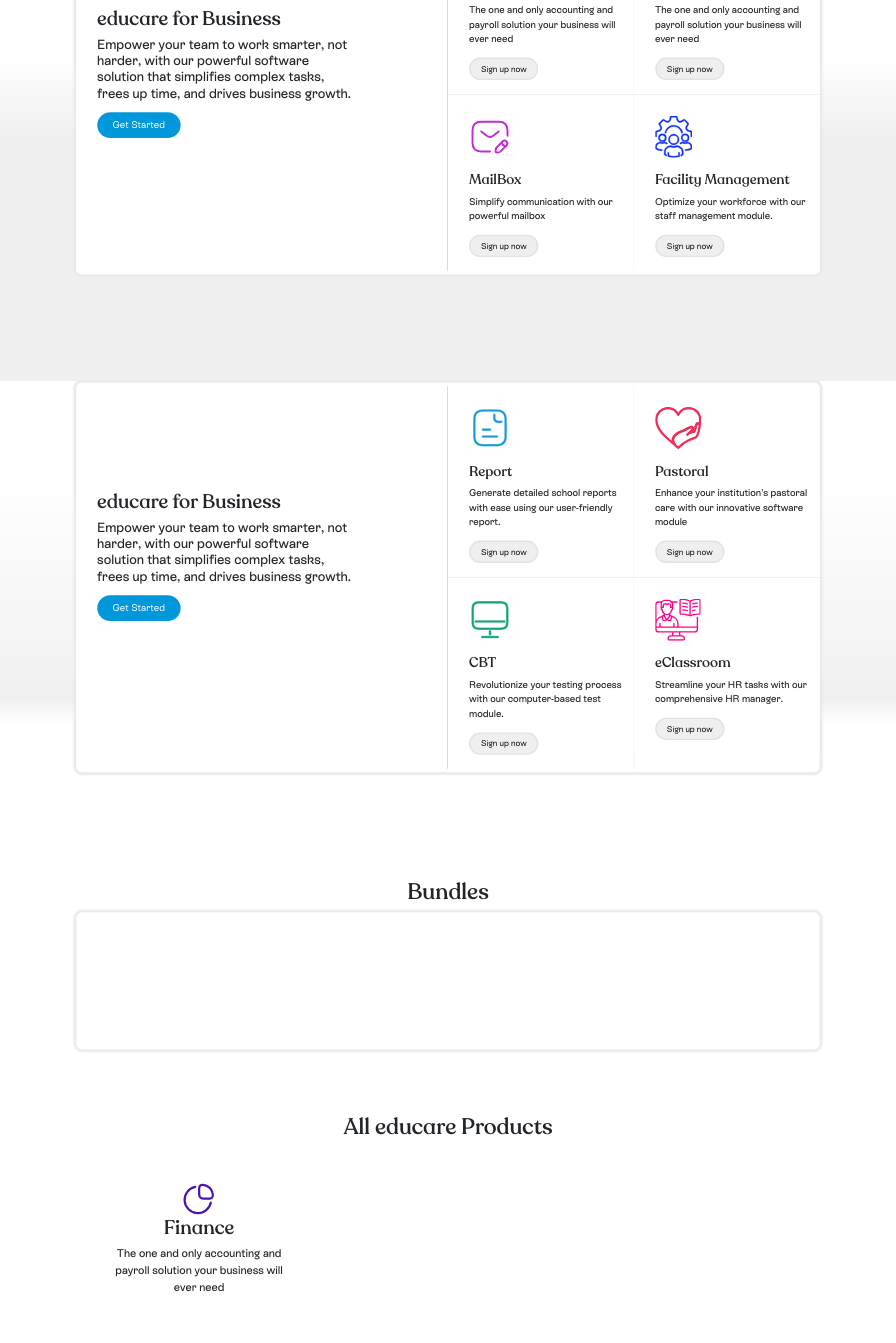
Repository: sarahnnanyelugo/educare-web
Page: /
The author's editor kept a copy of each file at every save. The page is drawn from the files as they stood at one save, then again after the next save.
The browser window is 1280 px wide. The pictures show the part of the page from y = 1345 to 3265 px (the page is 3263 px tall before and 3265 px after), at 70% of full size.
The project was rebuilt for these pictures with package versions that can differ from the ones it lists, and the page was loaded fresh each time.

Above is the page before, as saved 2023-04-05 10:14:49.

### src/App.jsx
import React from "react";
import logo from "./logo.svg";
import "./App.scss";
import "bootstrap/dist/css/bootstrap.min.css";
import { BrowserRouter, Routes, Route, Link, Outlet } from "react-router-dom";
import NavBar from "./components/NavBar/NavBar";
import { Home } from "./pages/Home/Home";

function App() {
  return (
    <>
      {" "}
      <NavBar />
      <Routes>
        <Route path="/" element={<Home />} />
      </Routes>
    </>
  );
}

export default App;

### src/App.scss
@font-face {
  font-family: rebondG;
  src: url(./assets/fonts/Rebond_font/RebondG.otf);
}
@font-face {
  font-family: rebondG-Bold;
  src: url(./assets/fonts/Rebond_font/RebondG-Bold.otf);
}
@font-face {
  font-family: rebondG-Medium;
  src: url(./assets/fonts/Rebond_font/RebondGrotesqueMedium.otf);
}

@font-face {
  font-family: recoMedium;
  src: url(./assets/fonts/Recoleto-font/RecoletaAlt-Medium.ttf);
}

h1,
h2,
h3,
h4,
h5,
h6 {
  font-family: recoMedium;
}
p {
  font-family: rebondG-Medium;
}
@media screen and (min-width: 620px) {
  .flexy {
    display: flex;
  }
}

### src/components/NavBar/NavBar.tsx
import React from "react";
import Logo from "../../assets/images/educare-logo.png";
import { Link, NavLink } from "react-router-dom";
import "./_navbar.scss";

function NavBar() {
  return (
    <div className="navbar-container">
      <div className="logo-holder  ">
        {" "}
        <Link to={"/"}>
          {" "}
          <img className="   logo" src={Logo} alt="Scholar" />
        </Link>
      </div>
      <ul className=" list-inline list-unstyled nav-links-container">
        <li className="list-inline-item">
          <NavLink to={""} className="nav-links">
            Solutions{" "}
            <span>
              <i className="icofont-curved-down"></i>
            </span>
          </NavLink>
        </li>{" "}
        <li className="list-inline-item">
          <NavLink to={""} className="nav-links">
            Resources
          </NavLink>
        </li>{" "}
        <li className="list-inline-item">
          <NavLink to={""} className="nav-links">
            Pricing
          </NavLink>
        </li>{" "}
        <li className="list-inline-item">
          <NavLink to={""} className="nav-links">
            Support
          </NavLink>
        </li>
      </ul>
      <div className="nav-buttons">
        <button className="sign-in-button">Log in</button>
        <button className="get-started-button">Get Started</button>
      </div>
    </div>
  );
}

export default NavBar;

### src/pages/Home/Home.tsx
import React from "react";
import { RandomComponent } from "./RandomComponent/RandomComponent";
import "./_home.scss";
import RedIcon from "../../assets/images/red-dots.svg";
import BlueIcon from "../../assets/images/blue-dots.svg";
import YellowIcon from "../../assets/images/yellow-dots.svg";
import HalfCircle from "../../assets/images/half-circle.svg";
import People from "../../assets/images/people.svg";
import Mail from "../../assets/images/edit.svg";
import People2 from "../../assets/images/people2.svg";
import Pastoral from "../../assets/images/pastoral.svg";
import Chart from "../../assets/images/chart.svg";
import Screen from "../../assets/images/screen.svg";
import Classroom from "../../assets/images/read-book.svg";
import Features from "./Features/Features";
import EducareProducts from "./EducareProducts/EducareProducts";

export const Home = () => {
  return (
    <>
      <div className="col-md-12 modern-solutions-container">
        <center>
          <div className="col-md-6">
            <h1>Modern solution for your Business</h1>
            <p>
              Unlock Your Business’s Potential with Cutting-Edge Software
              Solutions Designed to Streamline Operations, Optimize Performance,
              and Drive Growth.
            </p>
            <button className="gs-button">Get started</button>
            <button className="request-button">Request for a demo</button>
          </div>
        </center>
      </div>
      <div className="col-md-12 actions-container">
        <div className="col-md-4">
          <div className="col-md-9">
            {" "}
            <RandomComponent
              title="Pick your tools"
              icon={RedIcon}
              paragraph=" Unlock Your Business Potential with Cutting-Edge Software  Solutions Designed to Streamline"
            />
          </div>
        </div>
        <div className="col-md-4">
          <div className="col-md-9">
            {" "}
            <RandomComponent
              title="work smart not hard"
              icon={YellowIcon}
              paragraph="Choose from our wide range of tools and select the ones that best fit Your business’s unique needs and goals.”"
            />
          </div>
        </div>
        <div className="col-md-4">
          <div className="col-md-9">
            {" "}
            <RandomComponent
              title="We’ve got your back"
              icon={BlueIcon}
              paragraph="You can count on our support and expertise every step of the way, so you can focus on your business’s growth and success."
            />
          </div>
        </div>
      </div>
      <div className="features-heading">
        <center>
          <h1>Featured Products</h1>
        </center>
      </div>
      <div
        className="col-md-12  flexy features-holder"
        style={{ paddingBottom: "150px" }}
      >
        <div className="col-md-1">&nbsp;</div>
        <div className="col-md-10  features-container flexy">
          <div className="col-md-6 first-container">
            <h3>educare for Business</h3>
            <p>
              Empower your team to work smarter, not harder, with our powerful
              software solution that simplifies complex tasks, frees up time,
              and drives business growth.
            </p>
            <button>Get Started</button>
          </div>
          <div className="col-md-6">
            <div className="col-md-12 flexy">
              {" "}
              <div className="col-md-6 right-features">
                <Features
                  feature="Finance"
                  detail="The one and only accounting and payroll solution your business will ever need"
                  icon={HalfCircle}
                />{" "}
              </div>{" "}
              <div className="col-md-6">
                <Features
                  feature="HR Manager"
                  detail="The one and only accounting and payroll solution your business will ever need"
                  icon={People2}
                />{" "}
              </div>
            </div>
            <div className="col-md-12 flexy second-grid">
              {" "}
              <div className="col-md-6 right-features">
                <Features
                  feature="MailBox"
                  detail="Simplify communication with our powerful mailbox"
                  icon={Mail}
                />{" "}
              </div>{" "}
              <div className="col-md-6">
                <Features
                  feature="Facility Management"
                  detail="Optimize your workforce with our staff management module."
                  icon={People}
                />{" "}
              </div>
            </div>
          </div>
        </div>
      </div>{" "}
      <div className="col-md-12  flexy features-holder2">
        <div className="col-md-1">&nbsp;</div>
        <div className="col-md-10  features-container flexy ">
          <div className="col-md-6 first-container">
            <h3>educare for Business</h3>
            <p>
              Empower your team to work smarter, not harder, with our powerful
              software solution that simplifies complex tasks, frees up time,
              and drives business growth.
            </p>
            <button>Get Started</button>
          </div>
          <div className="col-md-6">
            <div className="col-md-12 flexy">
              {" "}
              <div className="col-md-6 right-features">
                <Features
                  feature="Report"
                  detail="Generate detailed school reports with ease using our user-friendly report."
                  icon={Chart}
                />{" "}
              </div>{" "}
              <div className="col-md-6">
                <Features
                  feature="Pastoral"
                  detail="Enhance your institution’s pastoral care with our innovative software module"
                  icon={Pastoral}
                />{" "}
              </div>
            </div>
            <div className="col-md-12 flexy second-grid">
              {" "}
              <div className="col-md-6 right-features">
                <Features
                  feature="CBT"
                  detail="Revolutionize your testing process with our computer-based test module."
                  icon={Screen}
                />{" "}
              </div>{" "}
              <div className="col-md-6">
                <Features
                  feature="eClassroom"
                  detail="Streamline your HR tasks with our comprehensive HR manager."
                  icon={Classroom}
                />{" "}
              </div>
            </div>
          </div>
        </div>
      </div>
      <center className="mt">
        <h2>Bundles</h2>
      </center>
      <div className="col-md-12 bundles-container flexy">
        <div className="col-md-1">&nbsp;</div>
        <div className="col-md-10 bundles"></div>
      </div>
      <center className="mt9">
        <h2>All educare Products</h2>
      </center>
      <div className="col-md-12 flexy">
        <div className="col-md-1">&nbsp;</div>
        <div className="col-md-10  flexy products-container">
          <div className="col-md-4 first-product-column">
            <EducareProducts
              productName="Finance"
              productDetail="The one and only accounting and payroll solution your business will ever need"
              productIcon={HalfCircle}
            />
          </div>
        </div>
      </div>
    </>
  );
};

### src/components/NavBar/_navbar.scss
@import "../../variables";
@import "../../shared-styles";

.navbar-container {
  background: inherit;
  padding: 5px 80px;
  display: flex;

  .logo-holder {
    flex-grow: 1;
  }
  .nav-links-container {
    flex-grow: 1;
    margin-top: 20px;
    .nav-links {
      margin: 20px;
      color: #6f6f71;
      text-decoration: none;
      font-family: rebondG-Bold;
    }
    li {
      padding: 3px 0px;
      border-radius: 35px;
      transition: 0.5s ease;
      &:hover {
        background: rgb(224, 222, 222) !important;

        border: solid 1px grey;
      }
    }
  }
  .nav-buttons {
    .get-started-button {
      @include get-started-button;
      margin-left: 10px;
      margin-top: 20px;
    }
    .sign-in-button {
      @include login-or-signup-button;
      margin-top: 20px;
    }
  }
}

### src/pages/Home/RandomComponent/RandomComponent.tsx
import React from "react";
import "./_random-component.scss";
export interface RandomComponentProps {
  title: string;
  paragraph: string;
  icon: string;
}
export const RandomComponent = (props: RandomComponentProps) => {
  return (
    <div className="col-md-12 random-container">
      <div className="heading">
        {" "}
        <img className="" src={props.icon} alt="Scholar" width="100%" />
        <h3>{props.title}</h3>
      </div>
      <p>{props.paragraph}</p>
    </div>
  );
};

### src/pages/Home/_home.scss
@import "../../variables";
@import "../../shared-styles";

.modern-solutions-container {
  padding-top: 80px;
  padding-bottom: 150px;
  background: rgb(240, 240, 240);
  background: linear-gradient(
    0deg,
    rgba(240, 240, 240, 1) 51%,
    rgba(255, 255, 255, 1) 67%
  );

  h1 {
    font-family: recoMedium;
  }
  p {
    font-family: rebondG-Medium;
    font-size: 20px;
    margin-top: 15px;
  }
  .gs-button {
    @include get-started-button;
  }
  .request-button {
    @include login-or-signup-button;
    margin-left: 5px;
  }
}
.actions-container {
  background: $lightblue;
  height: fit-content;
  display: flex;
  padding: 80px 100px;
}
.features-heading {
  margin-top: 170px;
  margin-bottom: 90px;
}
.features-container {
  border: solid 2px rgb(234, 232, 232);
  box-shadow: 0 0 2px 2px rgb(238, 235, 235);
  border-radius: 10px !important;
  height: fit-content;
  // margin-top: 20px;
  padding-bottom: 5px;
  padding-top: 5px;
  background: #fff;
  .first-container {
    padding-right: 130px;
    background: #fff;
    padding-left: 30px;
    border-right: solid 1px rgb(206, 205, 205);
    h3 {
      margin-top: 150px;
    }
    p {
      font-size: 19px;
      line-height: 23px;
    }
    button {
      @include get-started-button;
      margin-bottom: 120px;
    }
  }
  .second-grid {
    border-top: solid 1px rgb(231, 228, 228);
    // box-shadow: 0 0 1px 1px rgb(238, 235, 235);
  }
  .right-features {
    // box-shadow: 0 0 1px 1px rgb(238, 235, 235);
    border-right: solid 1px rgb(231, 228, 228);
  }
}
.features-holder {
  background: rgb(240, 240, 240);
  background: linear-gradient(
    0deg,
    rgba(240, 240, 240, 1) 51%,
    rgba(255, 255, 255, 1) 67%
  );
}
.features-holder2 {
  background: rgb(255, 255, 255);
  background: linear-gradient(
    0deg,
    rgba(255, 255, 255, 1) 31%,
    rgba(240, 240, 240, 1) 36%,
    rgba(255, 255, 255, 1) 80%
  );
  padding-bottom: 150px;
}
.bundles {
  border: solid 2px rgb(234, 232, 232);
  box-shadow: 0 0 2px 2px rgb(238, 235, 235);
  border-radius: 10px !important;
  height: 200px;
  // margin-top: 20px;
  padding-bottom: 5px;
  padding-top: 5px;
}
.products-container {
  .first-product-column {
    padding: 50px 40px;
  }
}

### src/pages/Home/Features/Features.tsx
import React from "react";
import "./_features.scss";
export interface featuresProps {
  feature: string;
  detail: string;
  icon: string;
}
export const Features = (props: featuresProps) => {
  return (
    <>
      <div className="col-md-12 features">
        <img className="" src={props.icon} alt="Scholar" />
        <h5>{props.feature}</h5>
        <p>{props.detail}</p>
        <button>Sign up now</button>
      </div>
    </>
  );
};

export default Features;

### src/pages/Home/EducareProducts/EducareProducts.tsx
import React from "react";
import './educare-products.scss'
export interface ProductComponentProps {
  productName: string;
  productDetail: string;
  productIcon: string;
}
export const EducareProducts = (props: ProductComponentProps) => {
  return (
    <>
      <div className="col-md-12 educare-products">
        <center>
          <img
            className=""
            src={props.productIcon}
            alt="Scholar"
            width="100%"
          />
          <h3>{props.productName}</h3>
          <p>{props.productDetail}</p>
        </center>
      </div>
    </>
  );
};

export default EducareProducts;

### src/_variables.scss
$blue: #0098da;
$lightblue: #e1f2fa;

@mixin get-started-button {
  background-color: $blue;
  color: #fff;
  border-radius: 35px;
  border: none;
  padding: 8px 22px;
  font-size: 14px;
  font-family: rebondG;
  &:hover {
    background: #005b83;
    transition: 0.5s ease;
  }
}
@mixin login-or-signup-button {
  baclground: #fff;
  color: black;
  border-radius: 20px;
  padding: 5px 15px;
  font-size: 12px;
  border: none;
  border: solid 2px rgb(230, 225, 225);
  font-family: rebondG;
  &:hover {
    background: grey;
    transition: 0.5s ease;
  }
}

### src/_shared-styles.scss
.mt1 {
  margin-top: 10px;
}
.mt2 {
  margin-top: 20px;
}
.mt3 {
  margin-top: 30px;
}
.mt4 {
  margin-top: 40px;
}
.mt5 {
  margin-top: 50px;
}
.mt6 {
  margin-top: 60px;
}
.mt7 {
  margin-top: 70px;
}
.mt8 {
  margin-top: 80px;
}
.mt9 {
  margin-top: 90px;
}

### src/pages/Home/RandomComponent/_random-component.scss
.random-container {
  img {
    width: 20px;
    // margin-right: 10px;
  }
  .heading {
    display: flex;
    h3 {
      font-family: recoMedium;
      margin-left: 10px;
    }
  }
  p {
    font-family: rebondG-Medium;
    margin-left: 30px;
    font-size: 17px;
  }
}

### src/pages/Home/Features/_features.scss
@import "../../../variables";
@import "../../../shared-styles";

.features {
  padding-left: 30px;
  height: fit-content;
  padding-bottom: 20px;
  background: #fff;
  img {
    height: 60px;
    margin-left: 0 !important;
    margin-top: 30px;
    margin-bottom: 20px;
  }
  button {
    @include login-or-signup-button;
    // margin-bottom: 50px;
  }
  p {
    font-size: 14px;
  }
}

### src/pages/Home/EducareProducts/educare-products.scss
.educare-products {
  img {
    height: 50px;
  }
}

Loaded but not shown: public/index.html (common file); src/index.tsx (common file); src/index.css (common file); src/reportWebVitals.ts (common file)

After the next save:
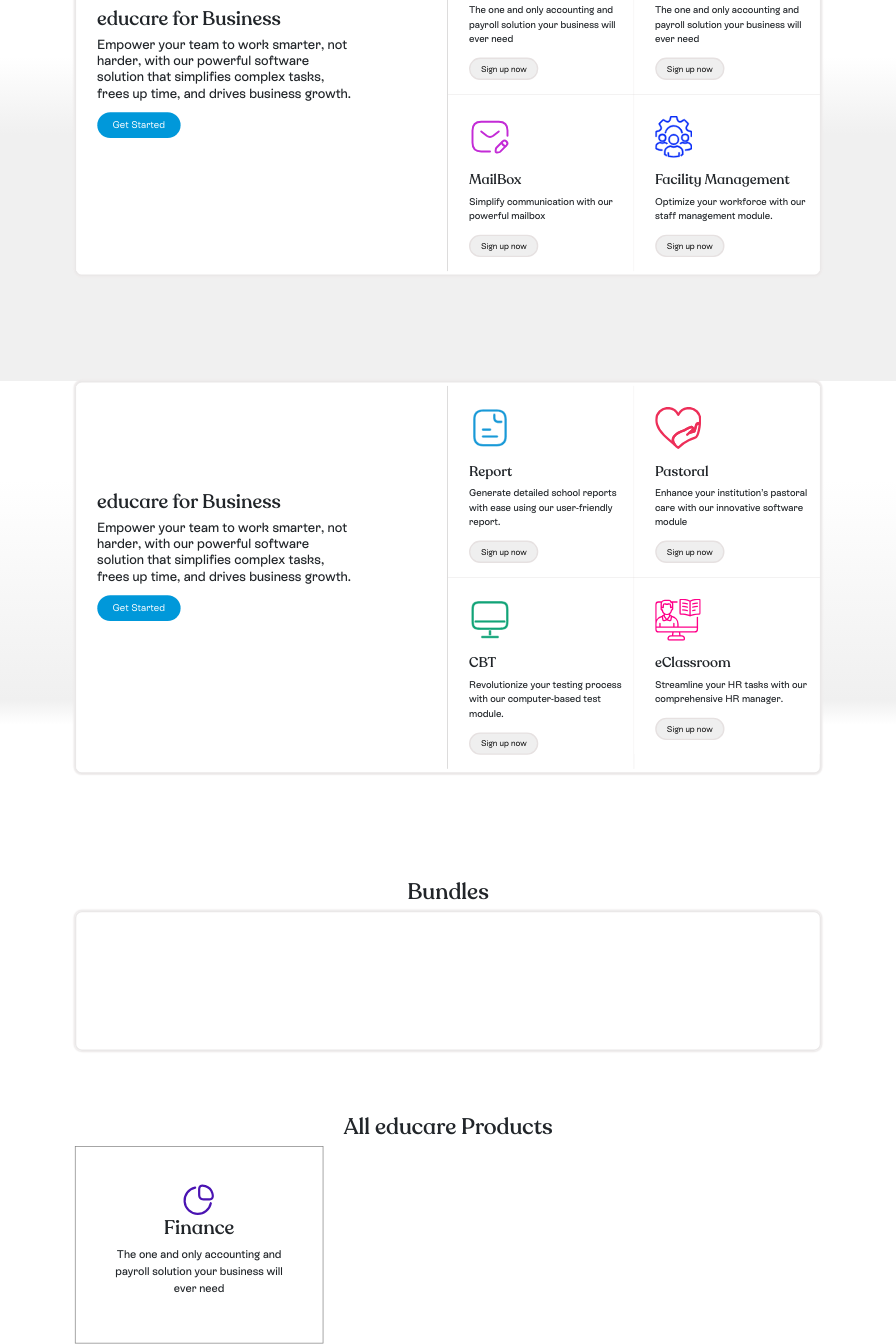
Saved 31 s later.
--- a/src/pages/Home/_home.scss
+++ b/src/pages/Home/_home.scss
@@ -102,5 +102,7 @@
 .products-container {
   .first-product-column {
     padding: 50px 40px;
+    background: #ffff;
+    border: solid 1px grey;
   }
 }
